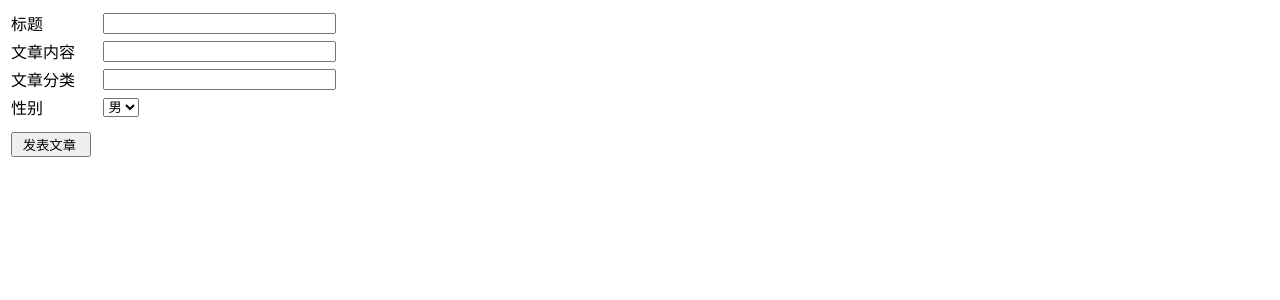
Repository: tangqingyun/java
Page: http://localhost/tamny_blog/postedit.jsp
These files come from the project's save history. The page is drawn as it stood at one moment and after a run of saves; the edit follows.
The browser window is 1280 px wide. The pictures show the whole page.
The page is served by Tomcat 9. Nobody is signed in. The application's start-up code is not run. Other server files are loaded and not shown.

Above is the page before, as saved 2015-01-21 09:49:47.

### tamny_blog/WebContent/postedit.jsp
<%@ page language="java" import="java.util.*" pageEncoding="UTF-8"%>

<!DOCTYPE html PUBLIC "-//W3C//DTD HTML 4.01 Transitional//EN" "http://www.w3.org/TR/html4/loose.dtd">
<html>
<head>
<meta http-equiv="Content-Type" content="text/html; charset=UTF-8">
<title>Insert title here</title>
</head>
<body>

 <form action="${pageContext.request.contextPath}/blogs/pubblog"
		method="post">
		<table id="table_01">
			<tr>
				<td>标题</td>
				<td><input type="text" name="user.username" size="26" /></td>
			</tr>
			<tr>
				<td>文章内容</td>
				<td><input type="text" name="user.nickname" size="26" /></td>
			</tr>
			<tr>
				<td>文章分类</td>
				<td><input type="text" name="user.userpwd" size="26" /></td>
			</tr>

			<tr>
				<td>性别</td>
				<td><select name="user.sex">
						<option value="0">男</option>
						<option value="1">女</option>
				</select></td>
			</tr>

			<tr>
				<td style="padding-top: 10px;"><input type="submit"
					name="submit" value=" 发表文章  " />&nbsp;&nbsp;</td>
			</tr>
		</table>
	</form>

</body>
</html>

After the next 3 saves:
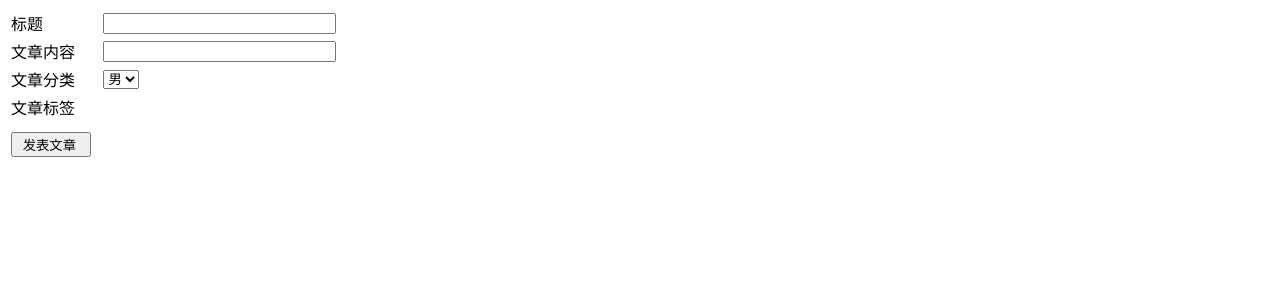
The 3 saves are shown as one change because they came seconds apart.
The last was saved 14 s later.
--- a/tamny_blog/WebContent/postedit.jsp
+++ b/tamny_blog/WebContent/postedit.jsp
@@ -21,15 +21,15 @@
 			</tr>
 			<tr>
 				<td>文章分类</td>
-				<td><input type="text" name="user.userpwd" size="26" /></td>
-			</tr>
-
-			<tr>
-				<td>性别</td>
 				<td><select name="user.sex">
 						<option value="0">男</option>
 						<option value="1">女</option>
 				</select></td>
+			</tr>
+
+			<tr>
+				<td>文章标签</td>
+				<td></td>
 			</tr>
 
 			<tr>
